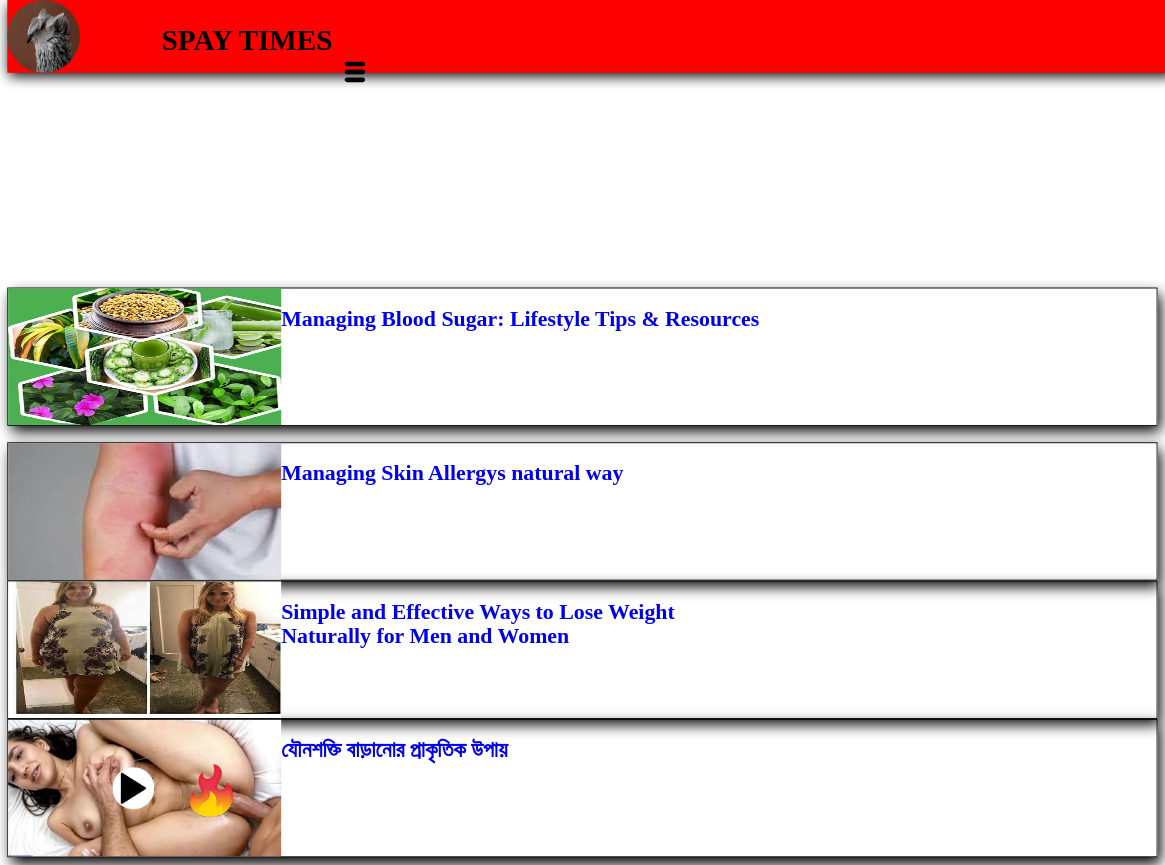
Repository: ridhukhan/spytimes
Page: /health
An editor plug-in stored every save of this project. The page is shown before and after the next save, followed by the edit.
The browser window is 1280 px wide. The pictures show the whole page, at 91% of full size.
The project was rebuilt for these pictures with package versions that can differ from the ones it lists, and the page was loaded fresh each time. Also part of the build but not shown: vite.config.js, src/components/ads/ExoclicBanner.jsx, src/components/ads/MagSrvInPlaceAd.jsx, src/pages/home/Home.jsx, src/components/policy/PrivecyPolicy.jsx, src/components/policy/Terms.jsx, src/components/trending/TrendingDetails.jsx, src/pages/heath/Dieabeties.jsx and 4 more.

Above is the page before, as saved 2026-01-15 13:24:26.

After the next save:
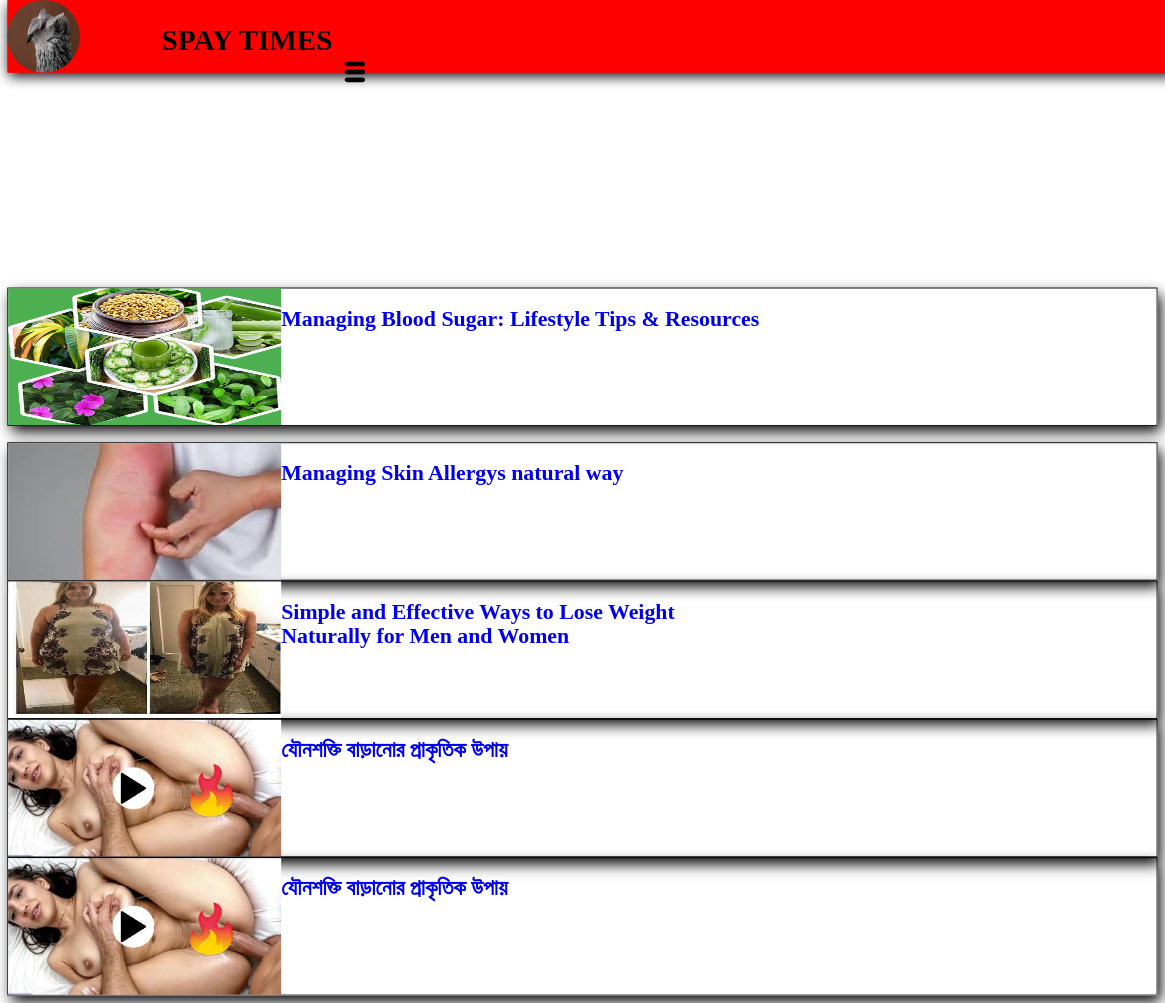
Saved 70 s later.
--- a/src/pages/heath/Health.jsx
+++ b/src/pages/heath/Health.jsx
@@ -3,6 +3,8 @@ import diabetes from "../../assets/diabetes01.png"
 import alergy from "../../assets/Allergy.jpeg"
 import weightlose from "../../assets/weightlose.jpeg"
 import bangla1 from "../../assets/bangla1.jpeg"
+import dick1 from "../../assets/dick1.jpeg"
+
 
 import { Link } from 'react-router-dom'
 const Health = () => {
@@ -27,6 +29,10 @@ const Health = () => {
 <img src={bangla1} alt="যৌনশক্তি বাড়ানোর প্রাকৃতিক উপায়"  style={{width:"300px", height:"150px"}}/>
 <Link to={"/secret-solution"}><h2 >যৌনশক্তি বাড়ানোর প্রাকৃতিক উপায়</h2></Link>
 </div>
+<div style={{display:"flex", boxShadow:"4px 7px 15px black", border:"1px solid black"}}>
+<img src={bangla1} alt="যৌনশক্তি বাড়ানোর প্রাকৃতিক উপায়"  style={{width:"300px", height:"150px"}}/>
+<Link to={"/secret-solution"}><h2 >যৌনশক্তি বাড়ানোর প্রাকৃতিক উপায়</h2></Link>
+</div>
     </div>
   )
 }
